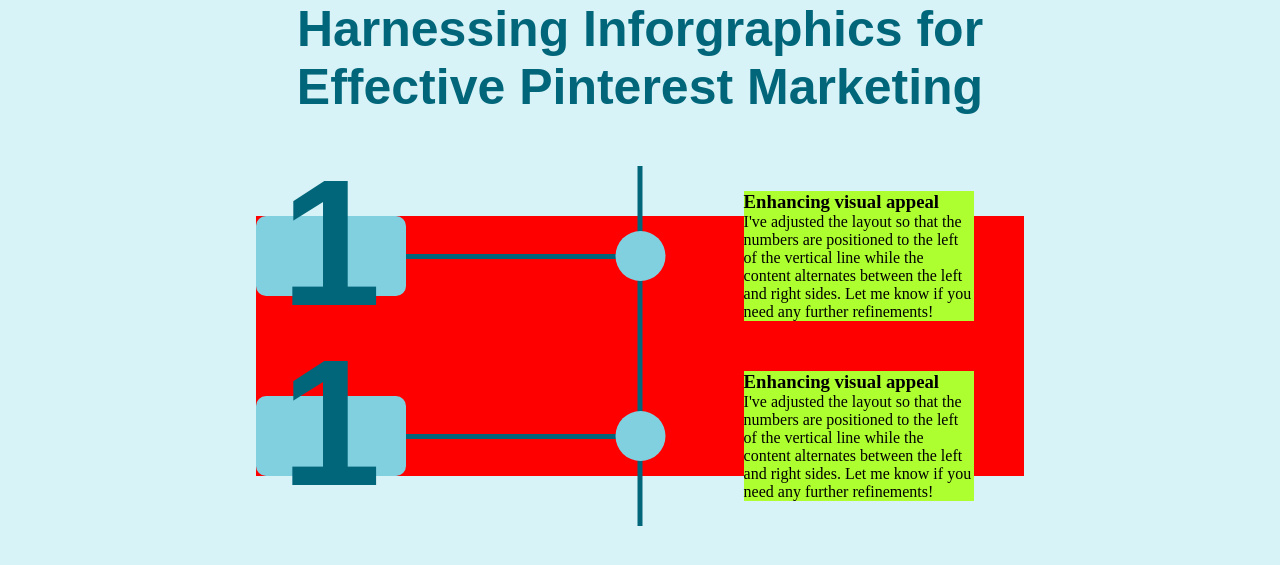
Repository: ayushrajput545/InforGraphic-page
Page: index.html
These files come from the project's save history. The page is drawn as it stood at one moment and after the next save; the edit follows.
The browser window is 1280 px wide. The pictures show the whole page.
Some web fonts or font styles are not loaded; a fallback is used.

Above is the page before, as saved 2025-04-01 23:05:00.

After the next save:
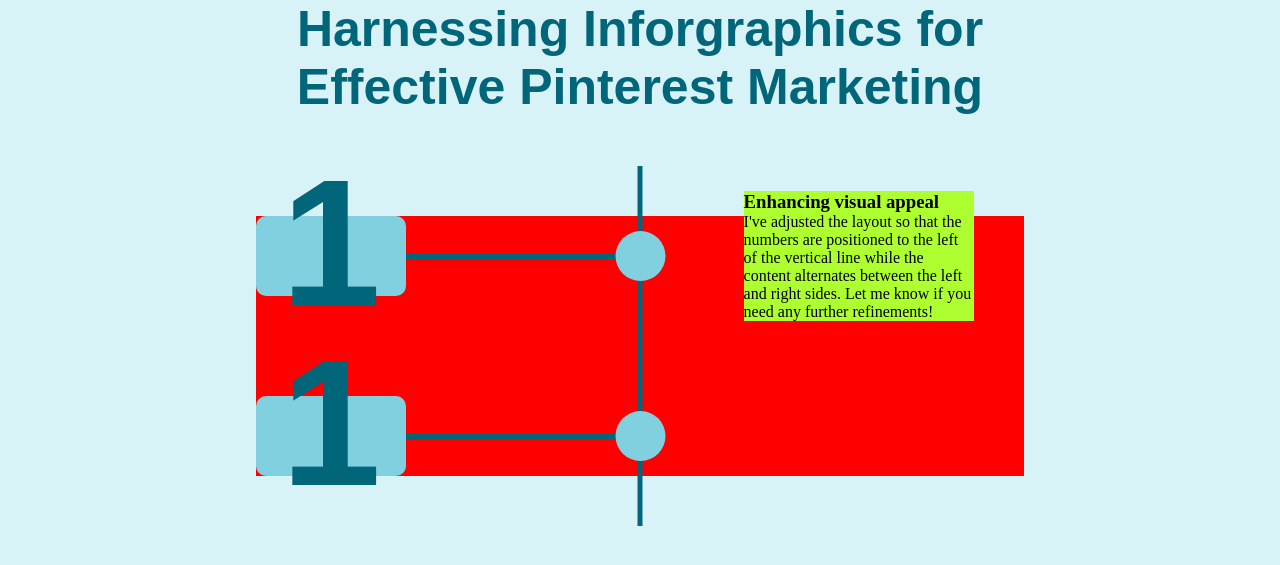
Saved 4 s later.
--- a/index.html
+++ b/index.html
@@ -53,12 +53,7 @@
                 <div class="circle"></div>
             </div>
 
-            <div class="content-right">
 
-                <h3 id="content-header">Enhancing visual appeal</h3>
-                <p>I've adjusted the layout so that the numbers are positioned to the left of the vertical line while the content alternates between the left and right sides. Let me know if you need any further refinements!</p>
-
-            </div>
 
         </div>
 

After the save that followed:
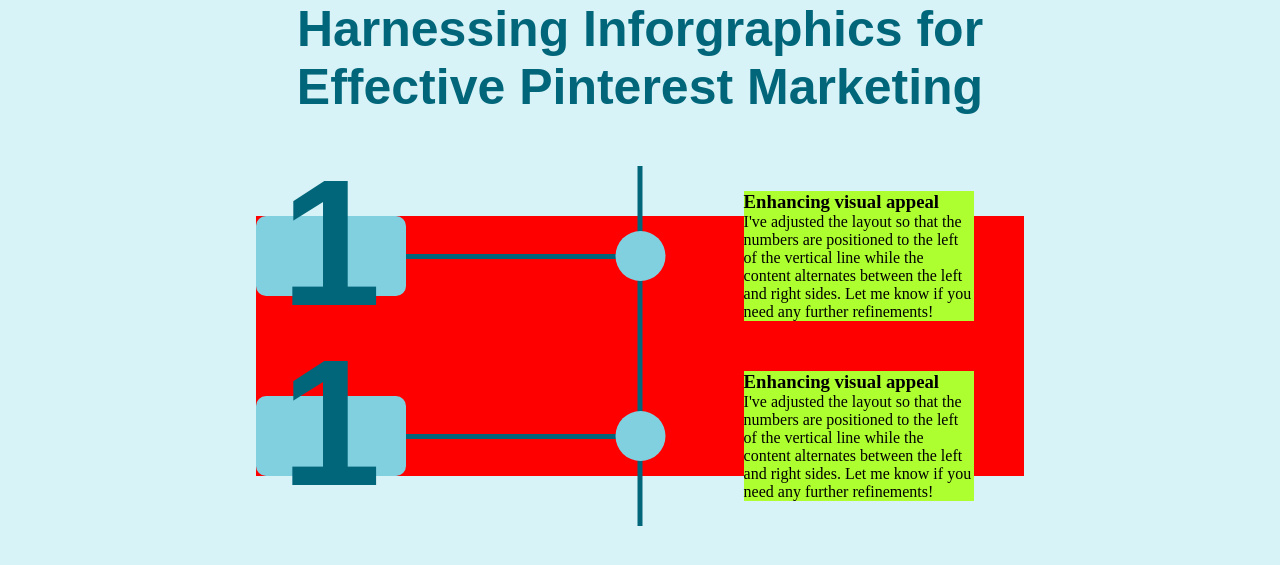
Saved 5 s later.
--- a/index.html
+++ b/index.html
@@ -41,6 +41,14 @@
         <div class="content-steps-even">
 
 
+            <div class="content-right">
+
+                <h3 id="content-header">Enhancing visual appeal</h3>
+                <p>I've adjusted the layout so that the numbers are positioned to the left of the vertical line while the content alternates between the left and right sides. Let me know if you need any further refinements!</p>
+
+            </div>
+
+
 
 
             <div class="overlap-even">
